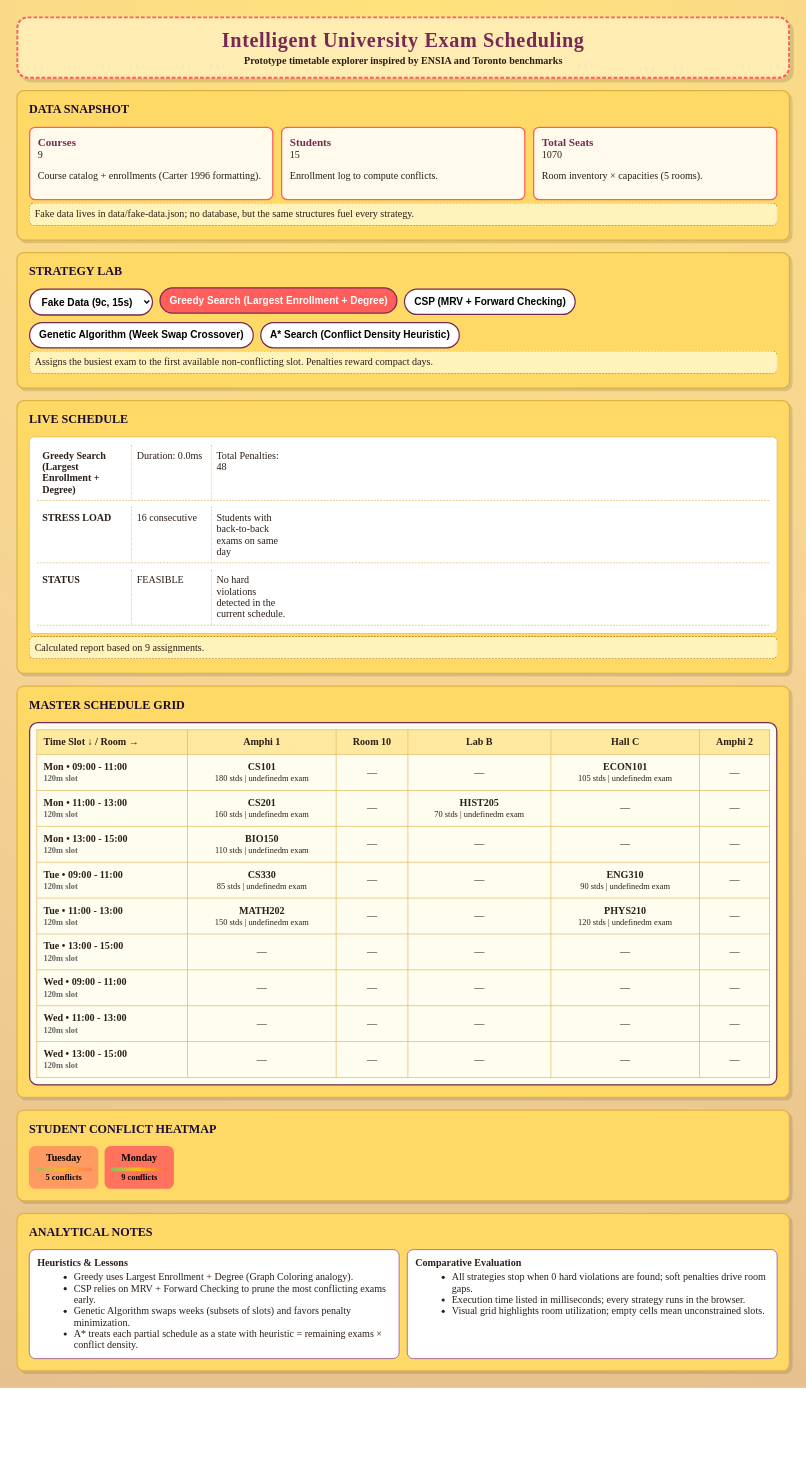
Repository: tarikko/AIExamScheduler
Page: index.html
The author's editor kept a copy of each file at every save. The page is drawn from the files as they stood at one save, then again after the next save.
The browser window is 1280 px wide. The pictures show the whole page, at 63% of full size.

Above is the page before, as saved 2026-02-23 23:13:55.

### index.html
<!DOCTYPE html>
<html lang="en">
<head>
  <meta charset="UTF-8" />
  <meta name="viewport" content="width=device-width, initial-scale=1" />
  <title>Intelligent University Exam Scheduling System</title>
  <link rel="stylesheet" href="css/styles.css" />
</head>
<body>
  <div class="page">
    <header>
      <h1>Intelligent University Exam Scheduling</h1>
      <p>Prototype timetable explorer inspired by ENSIA and Toronto benchmarks</p>
    </header>

    <section>
      <h2>Data Snapshot</h2>
      <div class="data-grid" id="data-overview"></div>
      <div class="legend">Fake data lives in data/fake-data.json; no database, but the same structures fuel every strategy.</div>
    </section>

    <section>
      <h2>Strategy Lab</h2>
      <div class="controls" id="strategy-controls"></div>
      <div id="algo-note" class="legend"></div>
      <div id="progress-container" style="display: none; margin-top: 10px;">
        <div style="font-weight: bold; margin-bottom: 4px;">Computing Schedule...</div>
        <div style="width: 100%; background: #eee; border: 1px solid var(--grid-line); height: 20px; border-radius: 10px; overflow: hidden;">
          <div id="progress-bar" style="width: 0%; height: 100%; background: var(--accent); transition: width 0.2s;"></div>
        </div>
      </div>
    </section>

    <section id="schedule-wrapper">
      <h2>Live Schedule</h2>
      <div id="schedule-results"></div>
      <div class="legend" id="score-note"></div>
    </section>

    <section>
      <h2>Master Schedule Grid</h2>
      <div class="table-wrapper">
        <table id="master-grid"></table>
      </div>
    </section>

    <section>
      <h2>Student Conflict Heatmap</h2>
      <div id="heatmap" class="heatmap"></div>
    </section>

    <section>
      <h2>Analytical Notes</h2>
      <div class="notes">
        <div class="note-card">
          <strong>Heuristics & Lessons</strong>
          <ul>
            <li>Greedy uses Largest Enrollment + Degree (Graph Coloring analogy).</li>
            <li>CSP relies on MRV + Forward Checking to prune the most conflicting exams early.</li>
            <li>Genetic Algorithm swaps weeks (subsets of slots) and favors penalty minimization.</li>
            <li>A* treats each partial schedule as a state with heuristic = remaining exams × conflict density.</li>
          </ul>
        </div>
        <div class="note-card">
          <strong>Comparative Evaluation</strong>
          <ul>
            <li>All strategies stop when 0 hard violations are found; soft penalties drive room gaps.</li>
            <li>Execution time listed in milliseconds; every strategy runs in the browser.</li>
            <li>Visual grid highlights room utilization; empty cells mean unconstrained slots.</li>
          </ul>
        </div>
      </div>
    </section>
  </div>

  <script type="module" src="js/app.js"></script>
</body>
</html>

### css/styles.css
:root {
  color-scheme: light;
  --bg: #f5f1d2;
  --panel: #ffecb3;
  --panel-strong: #ffd966;
  --accent: #ff5e5b;
  --deep: #772953;
  --grid-line: #ddb347;
  font-family: 'Comic Sans MS', 'Comic Sans', cursive;
}

* {
  box-sizing: border-box;
}

body {
  margin: 0;
  background: radial-gradient(circle at top, #ffe27a, #f5d494 50%, #e7c18d 100%);
  color: #2b1f17;
}

.page {
  min-height: 100vh;
  padding: 26px;
  display: flex;
  flex-direction: column;
  gap: 18px;
}

header {
  background: var(--panel);
  border: 3px dashed var(--accent);
  padding: 16px;
  border-radius: 18px;
  box-shadow: 6px 6px 0 rgba(0, 0, 0, 0.12);
  text-align: center;
}

header h1 {
  margin: 0;
  font-size: 2rem;
  letter-spacing: 1px;
  color: var(--deep);
}

header p {
  margin: 6px 0 0;
  font-weight: bold;
}

section {
  background: var(--panel-strong);
  padding: 18px;
  border-radius: 12px;
  border: 2px solid var(--grid-line);
  box-shadow: 4px 4px 0 rgba(0, 0, 0, 0.12);
}

h2,
h3 {
  margin-top: 0;
  color: #1a0c35;
  text-transform: uppercase;
  font-size: 1.2rem;
}

.data-grid {
  display: grid;
  grid-template-columns: repeat(auto-fit, minmax(210px, 1fr));
  gap: 12px;
}

.data-card {
  border: 2px solid var(--accent);
  padding: 12px;
  border-radius: 10px;
  background: #ffffffdd;
}

.data-card strong {
  display: block;
  font-size: 1.1rem;
  color: var(--deep);
}

.controls {
  display: flex;
  flex-wrap: wrap;
  gap: 10px;
  align-items: center;
}

.algo-btn {
  border: 2px solid var(--deep);
  background: #fff;
  font-size: 1rem;
  padding: 10px 14px;
  border-radius: 999px;
  cursor: pointer;
  transition: transform 0.15s ease, background 0.15s ease;
  font-weight: bold;
}

.algo-btn.active,
.algo-btn:hover {
  background: var(--accent);
  color: #fff;
  transform: translateY(-2px);
}

#schedule-results {
  display: flex;
  flex-direction: column;
  gap: 10px;
  width: 100%;
  background: #ffffff;
  padding: 12px;
  border-radius: 8px;
  border: 1px solid var(--grid-line);
}

.legend {
  margin: 4px 0;
  padding: 8px;
  background: #fff2bb;
  border-radius: 8px;
  border: 1px dashed #b36b00;
}

.grid-header,
.grid-row {
  display: grid;
  grid-template-columns: 150px repeat(auto-fill, minmax(120px, 1fr));
  border-bottom: 2px solid var(--grid-line);
}

.grid-row {
  border-bottom: 1px dashed var(--grid-line);
}

.grid-cell {
  padding: 8px;
  border-right: 1px dotted var(--grid-line);
}

.grid-cell:last-child {
  border-right: none;
}

.slot-label {
  font-weight: bold;
}

.heatmap {
  display: flex;
  gap: 10px;
  flex-wrap: wrap;
}

.heat-cell {
  width: 110px;
  padding: 10px;
  border-radius: 10px;
  text-align: center;
  font-weight: bold;
  color: #000;
}

.heat-bar {
  width: 100%;
  height: 6px;
  border-radius: 3px;
  margin-top: 6px;
  background: linear-gradient(90deg, #75c964, #ffcc00, #ff5e5b);
}

.notes {
  display: flex;
  gap: 12px;
  flex-wrap: wrap;
}

.note-card {
  flex: 1;
  min-width: 280px;
  background: #fff;
  padding: 12px;
  border-radius: 10px;
  border: 1px solid #802e91;
}

.table-wrapper {
  overflow-x: auto;
  border: 2px solid var(--deep);
  border-radius: 14px;
  padding: 10px;
  background: #fffdf0;
  box-shadow: inset 0 0 0 1px rgba(255, 255, 255, 0.6);
}

#master-grid {
  width: 100%;
  border-collapse: collapse;
  font-family: inherit;
}

#master-grid th,
#master-grid td {
  border: 1px solid var(--grid-line);
  padding: 10px;
  text-align: center;
}

#master-grid th {
  background: #ffe9a1;
  font-weight: bold;
}

#master-grid th:first-child,
#master-grid td:first-child {
  text-align: left;
  font-weight: bold;
}

ul {
  margin: 4px 0 0 18px;
}

@media (max-width: 720px) {
  .grid-header,
  .grid-row {
    grid-template-columns: 120px repeat(auto-fill, minmax(100px, 1fr));
  }

  body {
    padding: 12px;
  }
}

### js/time-slots.js
export const timeSlots = [
	{ id: "Mon-09-11", day: "Monday", label: "Mon • 09:00 - 11:00", durationMins: 120, index: 0 },
	{ id: "Mon-11-13", day: "Monday", label: "Mon • 11:00 - 13:00", durationMins: 120, index: 1 },
	{ id: "Mon-13-15", day: "Monday", label: "Mon • 13:00 - 15:00", durationMins: 120, index: 2 },
	{ id: "Tue-09-11", day: "Tuesday", label: "Tue • 09:00 - 11:00", durationMins: 120, index: 3 },
	{ id: "Tue-11-13", day: "Tuesday", label: "Tue • 11:00 - 13:00", durationMins: 120, index: 4 },
	{ id: "Tue-13-15", day: "Tuesday", label: "Tue • 13:00 - 15:00", durationMins: 120, index: 5 },
	{
		id: "Wed-09-11",
		day: "Wednesday",
		label: "Wed • 09:00 - 11:00",
		durationMins: 120,
		index: 6,
	},
	{
		id: "Wed-11-13",
		day: "Wednesday",
		label: "Wed • 11:00 - 13:00",
		durationMins: 120,
		index: 7,
	},
	{
		id: "Wed-13-15",
		day: "Wednesday",
		label: "Wed • 13:00 - 15:00",
		durationMins: 120,
		index: 8,
	},
];

### js/utils.js
export function buildConflicts(data) {
	const map = {};
	data.courses.forEach((course) => {
		map[course.code] = new Set();
	});

	data.students.forEach((student) => {
		student.courses.forEach((courseA) => {
			student.courses.forEach((courseB) => {
				if (courseA !== courseB) {
					map[courseA].add(courseB);
				}
			});
		});
	});

	return map;
}

export function isSlotAvailable(courseCode, slot, room, assignments, data) {
	// 1. Check Duration Constraint
	const course = data.courses.find(c => c.code === courseCode);
	if (course && course.durationMins > slot.durationMins) {
		return false; // Exam is too long for this slot
	}

	for (const assigned of assignments) {
		if (assigned.slot.id === slot.id && assigned.room.name === room.name) {
			return false; // Room busy
		}
		if (assigned.slot.id === slot.id) {
			const conflict = data.students.some(
				(student) =>
					student.courses.includes(courseCode) &&
					student.courses.includes(assigned.course.code)
			);
			if (conflict) {
				return false;
			}
		}
	}
	return true;
}

export function assessPenalties(assignments, students) {
	let hardViolations = 0;
	let softViolations = 0;
	const seen = new Set();

	assignments.forEach((assignment) => {
		const key = `${assignment.slot.id}-${assignment.room.name}`;
		if (seen.has(key)) hardViolations++;
		seen.add(key);
	});

	students.forEach((student) => {
		const slots = assignments
			.filter((assignment) =>
				student.courses.includes(assignment.course.code)
			)
			.map((assignment) => assignment.slot.index)
			.sort((a, b) => a - b);
		for (let i = 0; i < slots.length - 1; i++) {
			if (slots[i + 1] - slots[i] === 1) softViolations++;
		}
	});

	return {
		penalty: hardViolations * 50 + softViolations * 3,
		hardViolations,
		softViolations,
	};
}

### data/fake-data.json
{
  "courses": [
    {"code": "CS101", "name": "Intro to Computer Science", "enrollment": 180},
    {"code": "MATH202", "name": "Calculus II", "enrollment": 150},
    {"code": "PHYS210", "name": "Physics of Waves", "enrollment": 120},
    {"code": "ENG310", "name": "Technical Writing", "enrollment": 90},
    {"code": "CS201", "name": "Data Structures", "enrollment": 160},
    {"code": "CS330", "name": "Intro to AI", "enrollment": 85},
    {"code": "BIO150", "name": "Cell Biology", "enrollment": 110},
    {"code": "HIST205", "name": "North African History", "enrollment": 70},
    {"code": "ECON101", "name": "Principles of Economics", "enrollment": 105}
  ],
  "students": [
    {"id": "STU001", "courses": ["CS101", "MATH202", "ENG310"]},
    {"id": "STU002", "courses": ["CS101", "PHYS210", "CS201"]},
    {"id": "STU003", "courses": ["MATH202", "CS201", "BIO150", "ENG310"]},
    {"id": "STU004", "courses": ["ECON101", "CS330", "HIST205"]},
    {"id": "STU005", "courses": ["CS330", "CS101"]},
    {"id": "STU006", "courses": ["CS330", "PHYS210", "BIO150"]},
    {"id": "STU007", "courses": ["CS201", "MATH202", "CS101"]},
    {"id": "STU008", "courses": ["HIST205", "ENG310"]},
    {"id": "STU009", "courses": ["BIO150", "PHYS210"]},
    {"id": "STU010", "courses": ["ECON101", "CS201"]},
    {"id": "STU011", "courses": ["PHYS210", "CS330"]},
    {"id": "STU012", "courses": ["CS101", "BIO150", "HIST205"]},
    {"id": "STU013", "courses": ["MATH202", "ENG310"]},
    {"id": "STU014", "courses": ["ECON101", "CS330", "CS201"]},
    {"id": "STU015", "courses": ["HIST205", "BIO150"]}
  ],
  "rooms": [
    {"name": "Amphi 1", "capacity": 220},
    {"name": "Room 10", "capacity": 45},
    {"name": "Lab B", "capacity": 80},
    {"name": "Hall C", "capacity": 150},
    {"name": "Amphi 2", "capacity": 200}
  ]
}

### js/worker.js
// Web Worker for running scheduling algorithms in the background
import { greedySchedule } from "./algorithms/greedy.js";
import { cspSchedule } from "./algorithms/csp.js";
import { gaSchedule } from "./algorithms/ga.js";
import { aStarSchedule } from "./algorithms/astar.js";

const algos = {
	greedy: greedySchedule,
	csp: (data, onProgress) => cspSchedule(data), // Simple CSP doesn't support progress easily
	ga: gaSchedule,
	a_star: aStarSchedule,
};

onmessage = async (e) => {
	const { key, dataset } = e.data;
	const algoFn = algos[key];

	if (!algoFn) {
		postMessage({ type: "error", error: "Algorithm not found" });
		return;
	}

	const onProgress = (percent) => {
		postMessage({ type: "progress", percent });
	};

	try {
		const result = algoFn(dataset, onProgress);
		postMessage({ type: "result", result });
	} catch (err) {
		postMessage({ type: "error", error: err.message });
	}
};

### js/algorithms/greedy.js
import { timeSlots } from "../time-slots.js";
import { buildConflicts, isSlotAvailable } from "../utils.js";

export function greedySchedule(data, onProgress) {
	const conflicts = buildConflicts(data);
	const slots = data.timeSlots || timeSlots;
	const sortedCourses = [...data.courses].sort((a, b) => {
		const delta = conflicts[b.code].size - conflicts[a.code].size;
		return delta !== 0 ? delta : b.enrollment - a.enrollment;
	});

	const assigned = [];
	const total = sortedCourses.length;

	for (let i = 0; i < total; i++) {
		const course = sortedCourses[i];
		if (onProgress && i % 20 === 0) onProgress((i / total) * 100);

		let placed = false;
		for (const slot of slots) {
			for (const room of data.rooms) {
				if (room.capacity < course.enrollment) continue;
				if (isSlotAvailable(course.code, slot, room, assigned, data)) {
					assigned.push({ course, slot, room });
					placed = true;
					break;
				}
			}
			if (placed) break;
		}
	}
	if (onProgress) onProgress(100);
	return assigned;
}

### js/algorithms/csp.js
import { timeSlots } from "../time-slots.js";
import { buildConflicts } from "../utils.js";

export function cspSchedule(data, onProgress) {
	const slots = data.timeSlots || timeSlots;
	const conflicts = buildConflicts(data);
	const domains = {};
	data.courses.forEach((course) => {
		domains[course.code] = slots.flatMap((slot) =>
			data.rooms
				.filter(
					(room) =>
						room.capacity >= course.enrollment &&
						slot.durationMins >= course.durationMins
				)
				.map((room) => ({ slot, room }))
		);
	});

	function validAssignment(course, slot, room, partial) {
		return partial.every((assigned) => {
			if (assigned.slot.id === slot.id && assigned.room.name === room.name) {
				return false;
			}
			if (assigned.slot.id === slot.id) {
				const conflictsWith = conflicts[course.code].has(assigned.course.code);
				if (conflictsWith) return false;
			}
			return true;
		});
	}

	function selectCourse(partial) {
		const assigned = new Set(partial.map((entry) => entry.course.code));
		let candidate = null;
		data.courses.forEach((course) => {
			if (assigned.has(course.code)) return;
			const choices = (domains[course.code] || []).filter((choice) =>
				validAssignment(course, choice.slot, choice.room, partial)
			);
			if (!candidate || choices.length < (candidate.choices?.length || 0)) {
				candidate = { course, choices };
			}
		});
		return candidate;
	}

	function backtrack(partial) {
		if (onProgress) onProgress((partial.length / data.courses.length) * 100);
		if (partial.length === data.courses.length) return partial;
		const node = selectCourse(partial);
		if (!node || !node.choices || !node.choices.length) return null;
		for (const choice of node.choices) {
			const next = backtrack([
				...partial,
				{ course: node.course, slot: choice.slot, room: choice.room },
			]);
			if (next) return next;
		}
		return null;
	}

	const result = backtrack([]) || [];
	if (onProgress) onProgress(100);
	return result;
}

### js/algorithms/ga.js
import { timeSlots } from "../time-slots.js";

export function gaSchedule(data, onProgress) {
	const populationSize = 40;
	const generations = 90;
	const rooms = data.rooms;
	const slots = data.timeSlots || timeSlots;
	const combos = slots.flatMap((slot) =>
		rooms.map((room) => ({ slot, room }))
	);

	function randomIndividual() {
		return data.courses.map((course) => {
			const domain = combos.filter(
				(combo) => combo.room.capacity >= course.enrollment && combo.slot.durationMins >= course.durationMins
			);
			return domain[Math.floor(Math.random() * domain.length)];
		});
	}

	// Helper for checking student overlaps
	const studentsTakingCourse = new Map();
	data.courses.forEach(c => {
		studentsTakingCourse.set(c.code, data.students.filter(s => s.courses.includes(c.code)));
	});

	function computeFitness(individual) {
		let hard = 0;
		let soft = 0;
		for (let i = 0; i < individual.length; i++) {
			const assignA = individual[i];
			const courseA = data.courses[i];

			// Hard violation: Course duration > Slot duration
			if (courseA.durationMins > assignA.slot.durationMins) hard += 10;

			for (let j = i + 1; j < individual.length; j++) {
				const assignB = individual[j];
				const courseB = data.courses[j];

				if (assignA.slot.id === assignB.slot.id) {
					// Hard violation: same room
					if (assignA.room.name === assignB.room.name) {
						hard += 3;
					}

					// Hard violation: student conflict
					const codeA = courseA.code;
					const codeB = courseB.code;
					const studentsA = studentsTakingCourse.get(codeA);
					const studentsB = studentsTakingCourse.get(codeB);
					const conflict = studentsA.some(sA => studentsB.some(sB => sB.id === sA.id));

					if (conflict) hard += 5;
				}
			}
		}
		const slotIndices = individual.map((assign) => assign.slot.index);
		slotIndices.forEach((slotIdx) => {
			if (slotIndices.includes(slotIdx + 1)) soft += 1;
		});
		return -(hard * 40 + soft * 2);
	}

	function crossover(parentA, parentB) {
		const pivot = Math.floor(Math.random() * parentA.length);
		return [
			[...parentA.slice(0, pivot), ...parentB.slice(pivot)],
			[...parentB.slice(0, pivot), ...parentA.slice(pivot)],
		];
	}

	let population = Array.from({ length: populationSize }, randomIndividual);
	for (let generation = 0; generation < generations; generation++) {
		if (onProgress && generation % 5 === 0) onProgress((generation / generations) * 100);
		population.sort((a, b) => computeFitness(b) - computeFitness(a));
		if (Math.random() < 0.4) {
			const [childA, childB] = crossover(population[0], population[1]);
			population.splice(-2, 2, childA, childB);
		}
		if (Math.random() < 0.3) {
			const idx = Math.floor(Math.random() * population.length);
			population[idx] = randomIndividual();
		}
	}

	const best = population.sort(
		(a, b) => computeFitness(b) - computeFitness(a)
	)[0];
	if (onProgress) onProgress(100);
	return best.map((assignment, index) => ({
		course: data.courses[index],
		slot: assignment.slot,
		room: assignment.room,
	}));
}

### js/algorithms/astar.js
import { timeSlots } from "../time-slots.js";
import { buildConflicts } from "../utils.js";

export function aStarSchedule(data, onProgress) {
	const conflicts = buildConflicts(data);
	const rooms = data.rooms;
	const slots = data.timeSlots || timeSlots;
	const domain = slots.flatMap((slot) =>
		rooms.map((room) => ({ slot, room }))
	);

	function heuristic(assignedCount) {
		return (data.courses.length - assignedCount) * 3 + assignedCount;
	}

	const frontier = [
		{
			assignments: [],
			f: heuristic(0),
		},
	];

	const maxSteps = 500;
	let steps = 0;

	while (frontier.length && steps < maxSteps) {
		if (onProgress && steps % 20 === 0) onProgress((steps / maxSteps) * 100);
		frontier.sort((a, b) => a.f - b.f);
		const node = frontier.shift();
		steps++;
		if (node.assignments.length === data.courses.length) {
			if (onProgress) onProgress(100);
			return node.assignments;
		}

		const nextCourse = data.courses[node.assignments.length];
		const filtered = domain.filter(
			({ slot, room }) =>
				room.capacity >= nextCourse.enrollment &&
				slot.durationMins >= nextCourse.durationMins
		);

		filtered.forEach((choice) => {
			const valid = node.assignments.every((assigned) => {
				if (
					assigned.slot.id === choice.slot.id &&
					assigned.room.name === choice.room.name
				) {
					return false;
				}
				if (
					assigned.slot.id === choice.slot.id &&
					conflicts[nextCourse.code].has(assigned.course.code)
				) {
					return false;
				}
				return true;
			});
			if (!valid) return;
			const child = {
				assignments: [
					...node.assignments,
					{
						course: nextCourse,
						slot: choice.slot,
						room: choice.room,
					},
				],
			};
			child.f =
				child.assignments.length + heuristic(child.assignments.length);
			frontier.push(child);
		});
	}

	if (onProgress) onProgress(100);
	return frontier[0]?.assignments || [];
}

Loaded but not shown: js/ui.js (225 lines, source omitted); js/app.js (141 lines, source omitted); js/benchmarks.js (130 lines, source omitted)

After the next save:
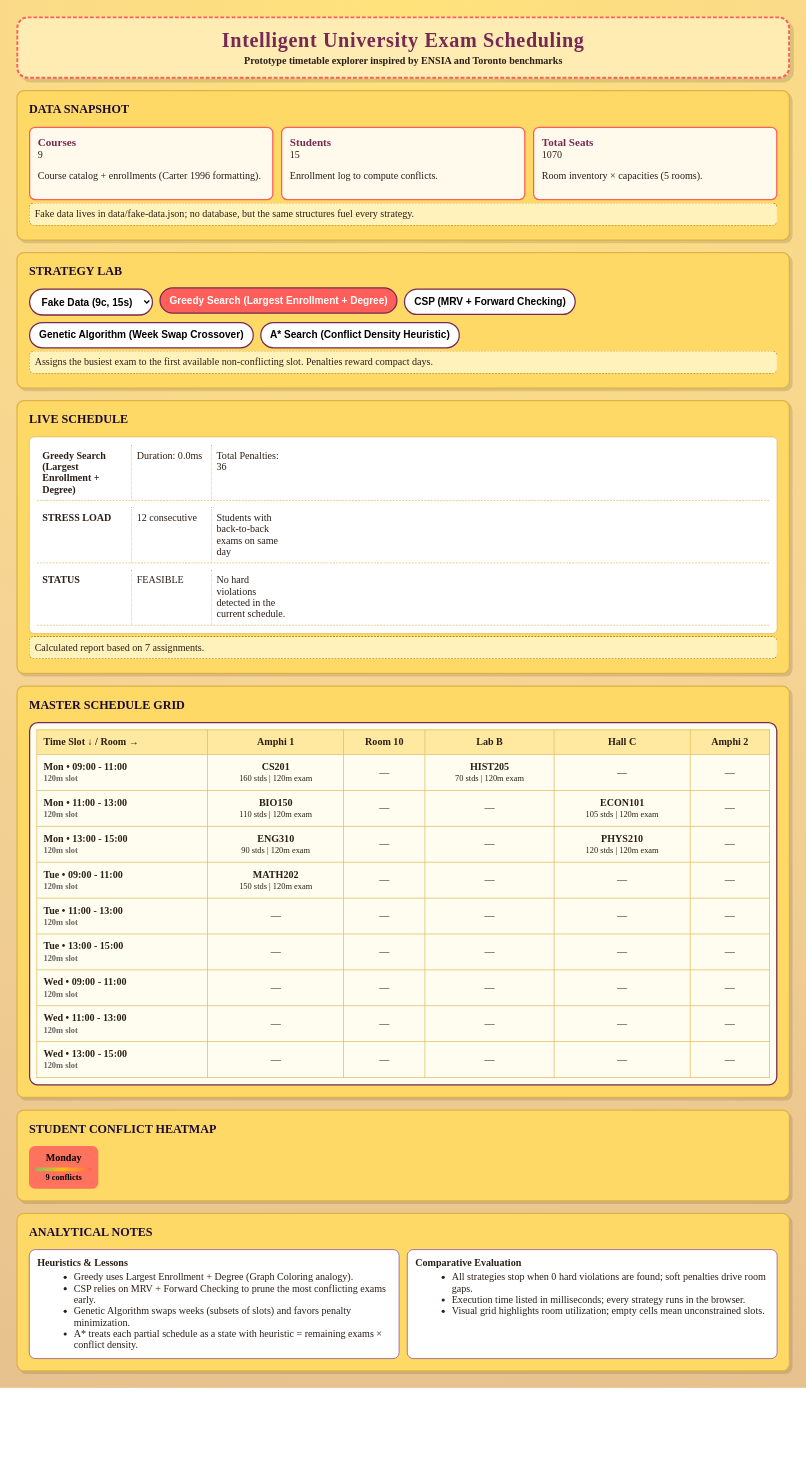
Saved 34 s later.
--- a/data/fake-data.json
+++ b/data/fake-data.json
@@ -1,14 +1,14 @@
 {
   "courses": [
-    {"code": "CS101", "name": "Intro to Computer Science", "enrollment": 180},
-    {"code": "MATH202", "name": "Calculus II", "enrollment": 150},
-    {"code": "PHYS210", "name": "Physics of Waves", "enrollment": 120},
-    {"code": "ENG310", "name": "Technical Writing", "enrollment": 90},
-    {"code": "CS201", "name": "Data Structures", "enrollment": 160},
-    {"code": "CS330", "name": "Intro to AI", "enrollment": 85},
-    {"code": "BIO150", "name": "Cell Biology", "enrollment": 110},
-    {"code": "HIST205", "name": "North African History", "enrollment": 70},
-    {"code": "ECON101", "name": "Principles of Economics", "enrollment": 105}
+    {"code": "CS101", "name": "Intro to Computer Science", "enrollment": 180, "durationMins": 180},
+    {"code": "MATH202", "name": "Calculus II", "enrollment": 150, "durationMins": 120},
+    {"code": "PHYS210", "name": "Physics of Waves", "enrollment": 120, "durationMins": 120},
+    {"code": "ENG310", "name": "Technical Writing", "enrollment": 90, "durationMins": 120},
+    {"code": "CS201", "name": "Data Structures", "enrollment": 160, "durationMins": 120},
+    {"code": "CS330", "name": "Intro to AI", "enrollment": 85, "durationMins": 180},
+    {"code": "BIO150", "name": "Cell Biology", "enrollment": 110, "durationMins": 120},
+    {"code": "HIST205", "name": "North African History", "enrollment": 70, "durationMins": 120},
+    {"code": "ECON101", "name": "Principles of Economics", "enrollment": 105, "durationMins": 120}
   ],
   "students": [
     {"id": "STU001", "courses": ["CS101", "MATH202", "ENG310"]},
